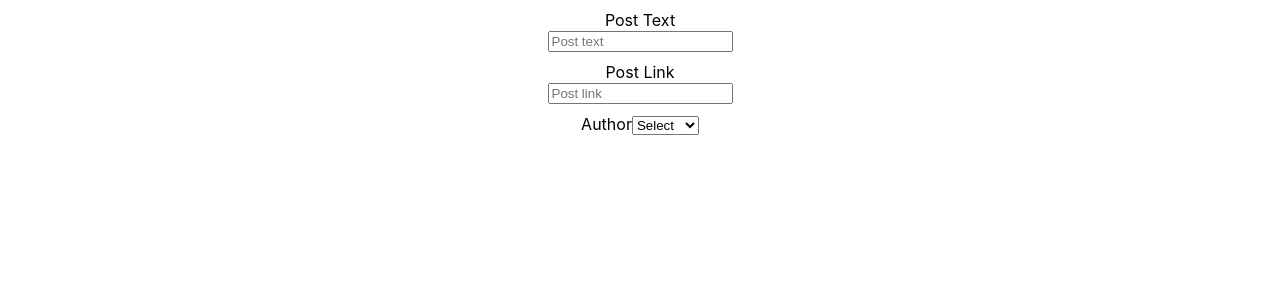
Repository: andbilous/cursor-redux
Page: /
These files come from the project's save history. The page is drawn as it stood at one moment and after the next save; the edit follows.
The browser window is 1280 px wide. The pictures show the whole page.
The project was rebuilt for these pictures with package versions that can differ from the ones it lists, and the page was loaded fresh each time.

Above is the page before, as saved 2020-04-25 12:58:57.

After the next save:
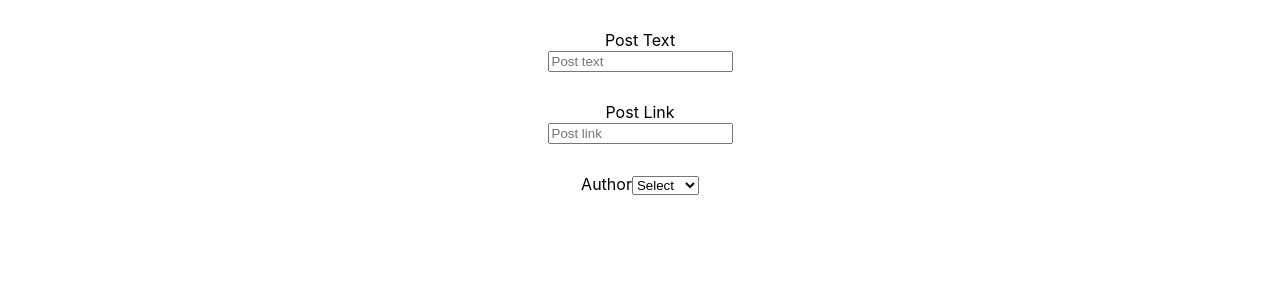
Saved 9 s later.
--- a/src/containers/Form.jsx
+++ b/src/containers/Form.jsx
@@ -32,7 +32,7 @@ const FormContainer = () => {
 
 const style={
   row:{
-    marginTop: '10px'
+    marginTop: '30px'
   }
 }
 
